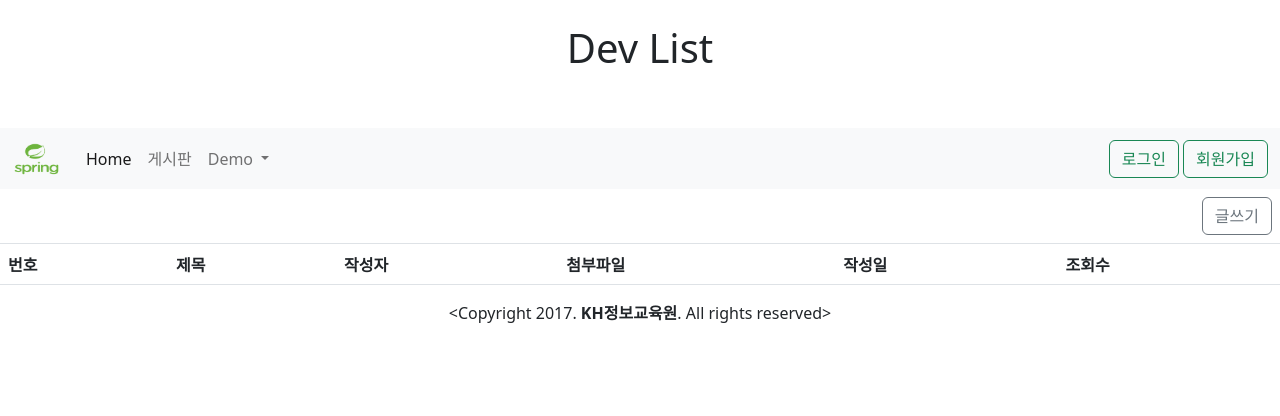
Repository: yerimeee/06_springWork
Page: http://localhost/springProject/WEB-INF/views/board/boardList.jsp
An editor plug-in stored every save of this project. The page is shown before and after the next save, followed by the edit.
The browser window is 1280 px wide. The pictures show the whole page.
The page is served by Tomcat 9. Nobody is signed in. The template is opened directly, without the code that normally fills it, so the values that code supplies are empty.

Above is the page before, as saved 2023-06-16 07:58:28.

After the next save:
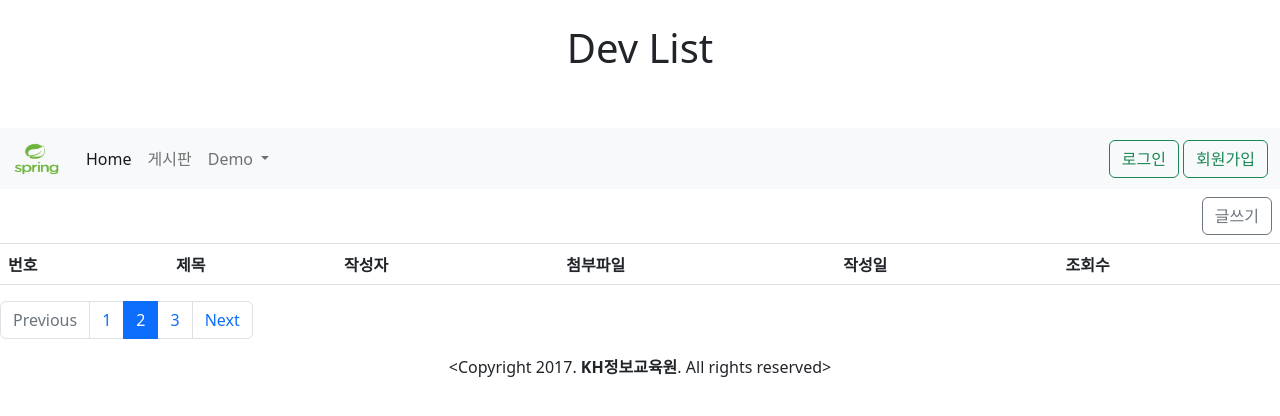
Saved 11 min 52 s later.
--- a/springProject/src/main/webapp/WEB-INF/views/board/boardList.jsp
+++ b/springProject/src/main/webapp/WEB-INF/views/board/boardList.jsp
@@ -39,4 +39,21 @@
 		</tr>
 	</c:forEach>
 </table>
+
+<nav aria-label="...">
+  <ul class="pagination">
+    <li class="page-item disabled">
+      <a class="page-link" href="#" tabindex="-1" aria-disabled="true">Previous</a>
+    </li>
+    <li class="page-item"><a class="page-link" href="#">1</a></li>
+    <li class="page-item active" aria-current="page">
+      <a class="page-link" href="#">2</a>
+    </li>
+    <li class="page-item"><a class="page-link" href="#">3</a></li>
+    <li class="page-item">
+      <a class="page-link" href="#">Next</a>
+    </li>
+  </ul>
+</nav>
+
 <jsp:include page="/WEB-INF/views/common/footer.jsp" />
